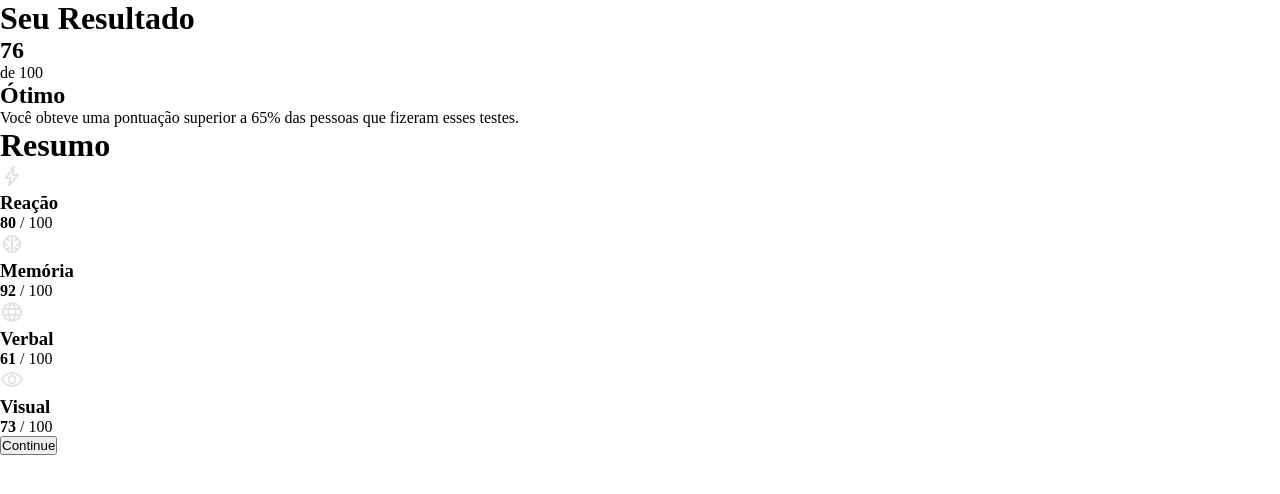
Repository: caique2512/resumo-de-resultados
Page: index.html
An editor plug-in stored every save of this project. The page is shown before and after the next save, followed by the edit.
The browser window is 1280 px wide. The pictures show the whole page.

Above is the page before, as saved 2026-03-05 23:00:35.

After the next save:
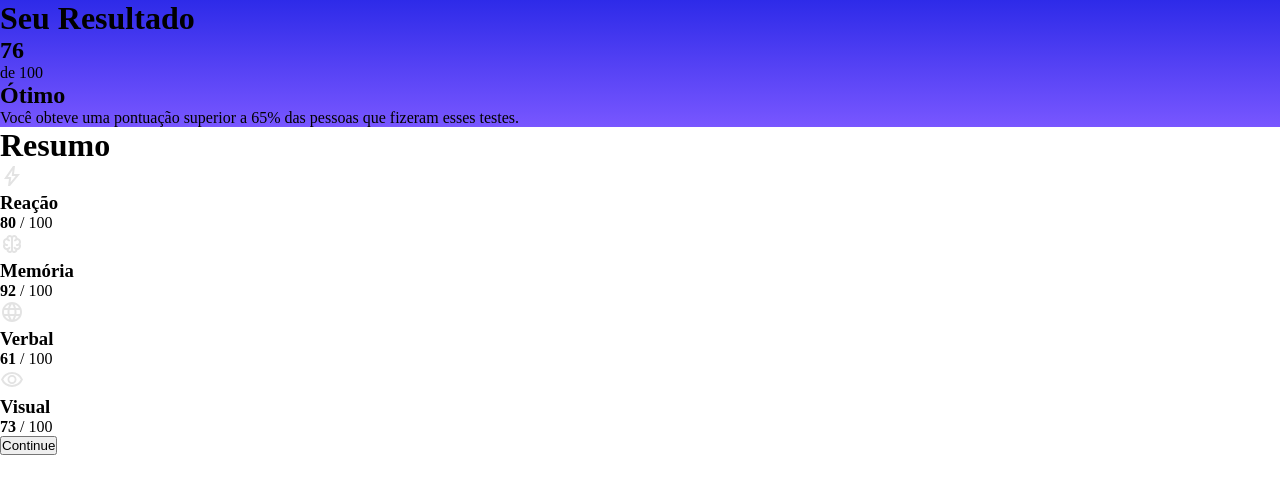
Saved 20 s later.
--- a/src/css/estilos.css
+++ b/src/css/estilos.css
@@ -1,3 +1,3 @@
 .principal {
-    background: linear-gradient(hsl(241, 81%, 54%), );
+    background: linear-gradient(hsl(241, 81%, 54%), hsl(252, 100%, 67%));
 }

After the 2 saves that followed:
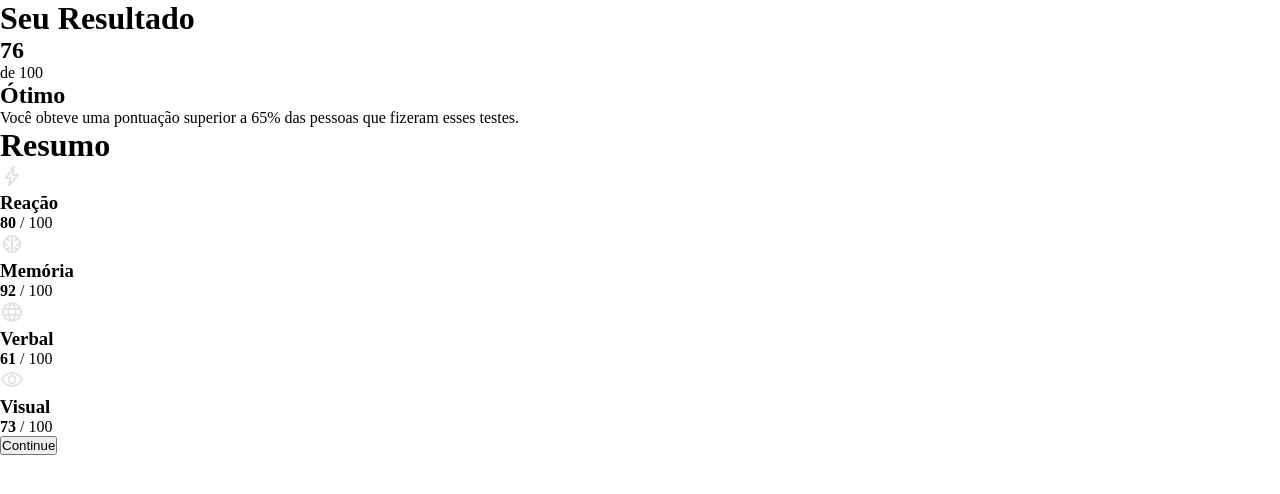
The 2 saves are shown as one change because they came seconds apart.
The last was saved 24 s later.
--- a/src/css/estilos.css
+++ b/src/css/estilos.css
@@ -1,3 +1,3 @@
 .principal {
-    background: linear-gradient(hsl(241, 81%, 54%), hsl(252, 100%, 67%));
+    background: linear-gradient(hsl(241, 81%, 54%),);
 }
